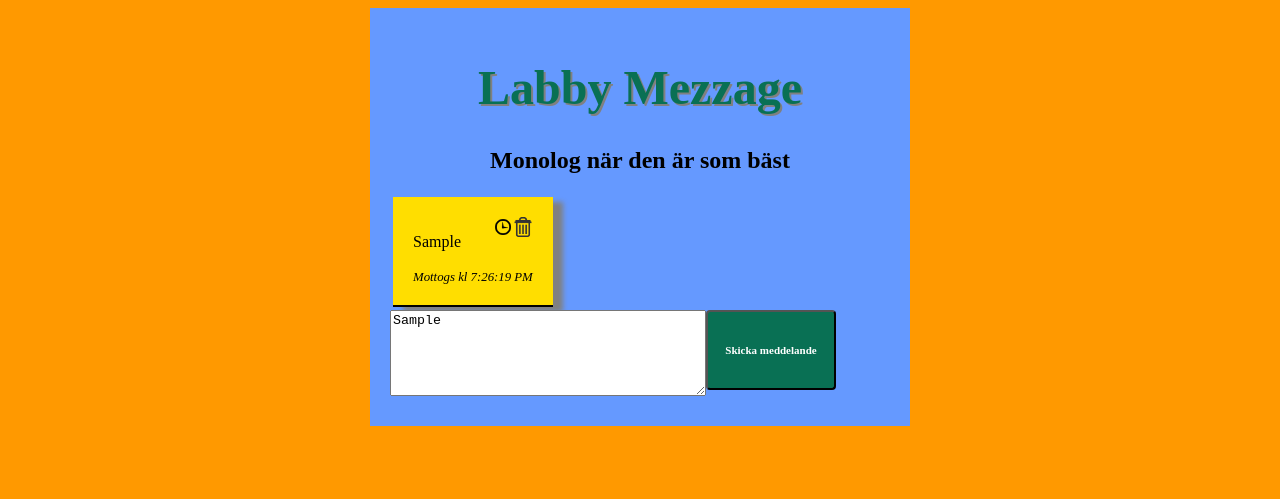
Repository: mi222ep/1dv403-laborationer
Page: 2-labbymezzage/index.html
The author's editor kept a record of every edit. The page is drawn from the files as they stood at one moment, then again after the next edit.
The browser window is 1280 px wide. The pictures show the whole page.
Empty fields were first filled with sample values (such as "Sample", 5 or name@example.com).
After loading, the first visible `#send` was clicked once.

Above is the page before.

After the next edit:
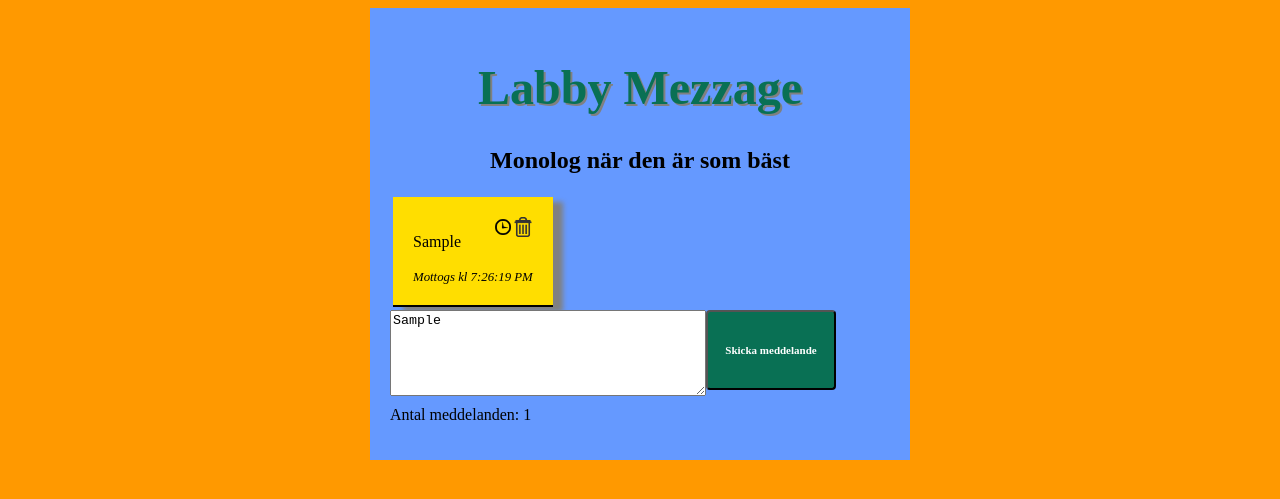
The edit:
--- a/2-labbymezzage/messageboard.js
+++ b/2-labbymezzage/messageboard.js
@@ -19,6 +19,9 @@
 RenderMessages: function(){
     //Remove all messages
     document.getElementById("messagearea").innerHTML = "";
+    //Writes message counter
+    var messageCount = document.querySelector("#messageNumber");
+    messageCount.innerHTML = "Antal meddelanden: " +(messageApp.messages.length);
 
             //Render all messages
     for(var i=0; i < messageApp.messages.length; ++i){
